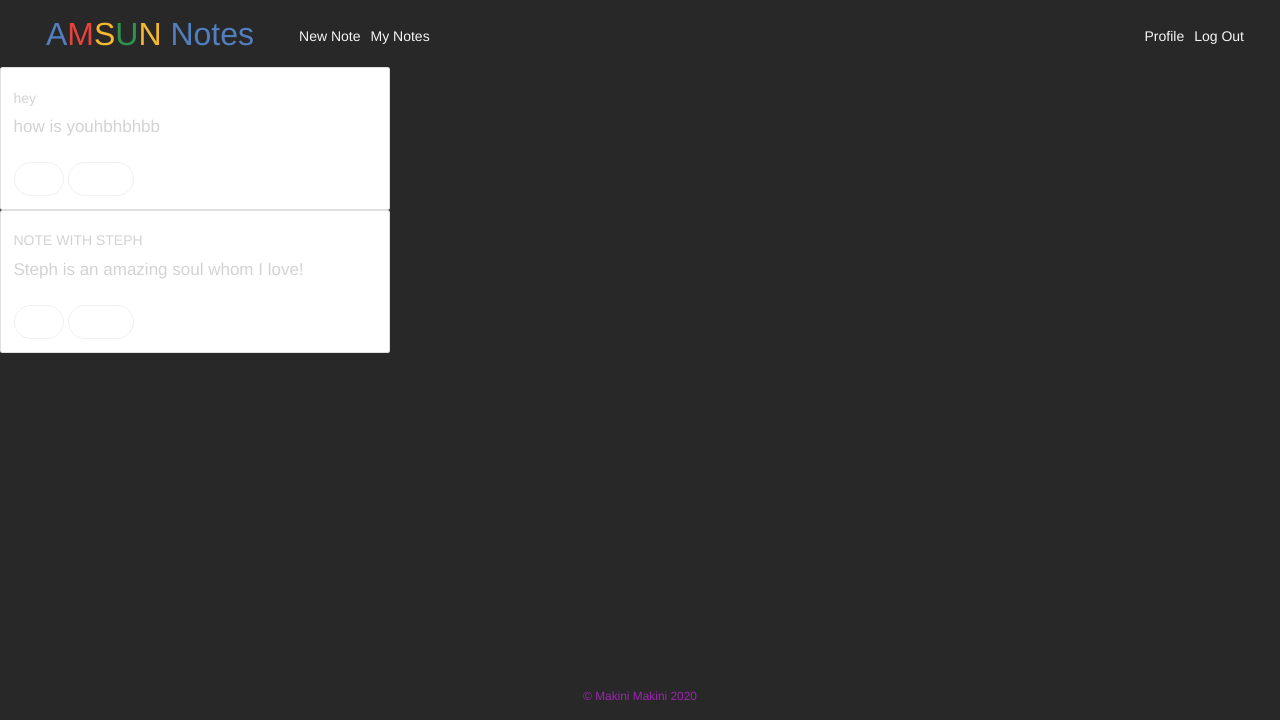
Repository: MakiniMakini/AMSUN-NOTES
Page: http://localhost/my_notes
The author's editor kept a copy of each file at every save. The page is drawn from the files as they stood at one save, then again after the next save.
The browser window is 1280 px wide. The pictures show the whole page.
Some web fonts or font styles are not loaded; a fallback is used. The page is served by the project's application, run on Flask 3 (application.py). The session is filled in as if someone had signed in: {"user_id": 1}. The page reads the database file committed with the project.

Above is the page before, as saved 2020-12-25 12:31:09.

After the next save:
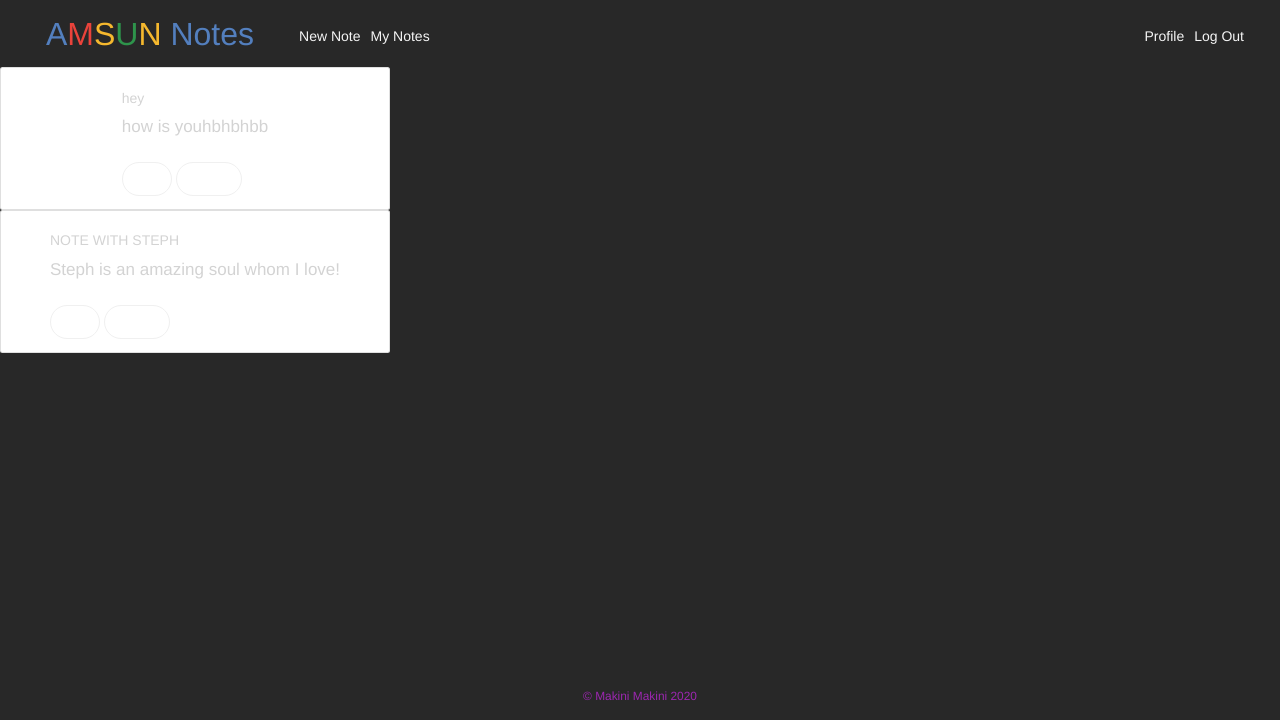
Saved 18 s later.
--- a/templates/my_notes.html
+++ b/templates/my_notes.html
@@ -7,7 +7,7 @@
 {% block main %}
 
 {% for note in notes %}
-<div class="card" style="width: 39rem;">
+<div class="card" style="width: 39rem; align-items: center;">
     <div class="card-body">
 
       <h5 class="card-title">{{note[1]}}</h5>

After the save that followed:
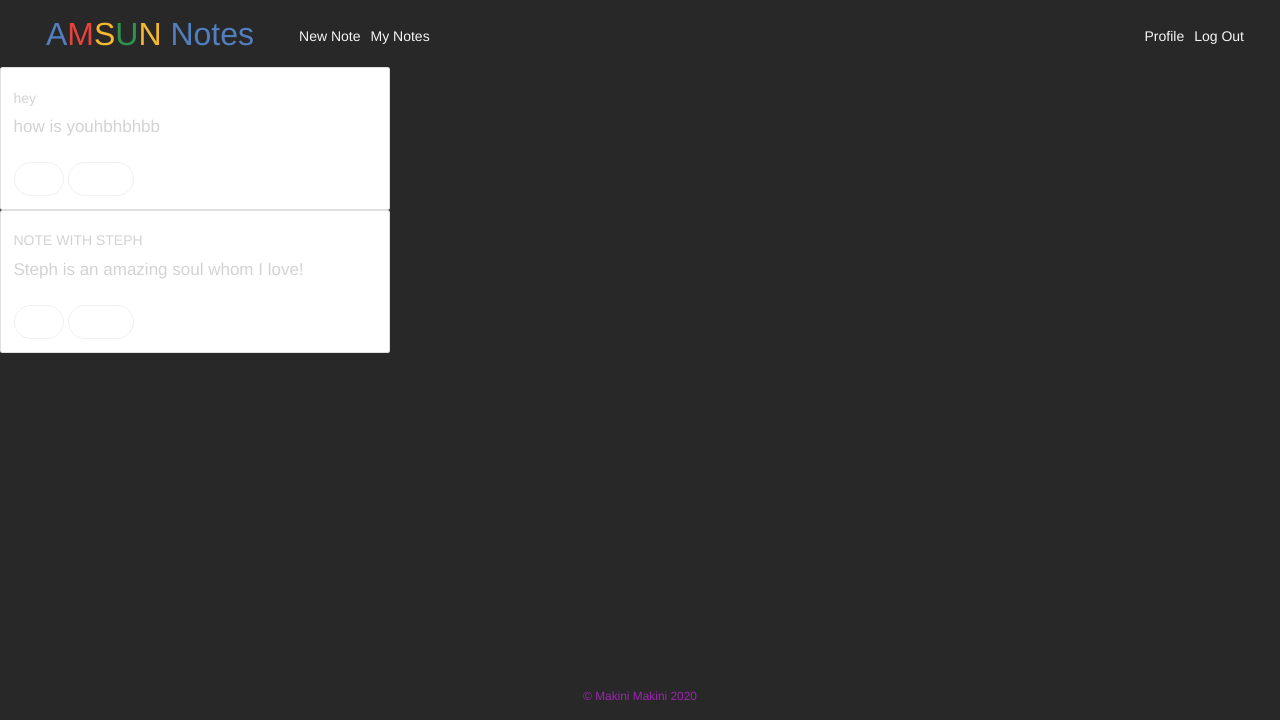
Saved 10 s later.
--- a/templates/my_notes.html
+++ b/templates/my_notes.html
@@ -7,7 +7,7 @@
 {% block main %}
 
 {% for note in notes %}
-<div class="card" style="width: 39rem; align-items: center;">
+<div class="card" style="width: 39rem;">
     <div class="card-body">
 
       <h5 class="card-title">{{note[1]}}</h5>
